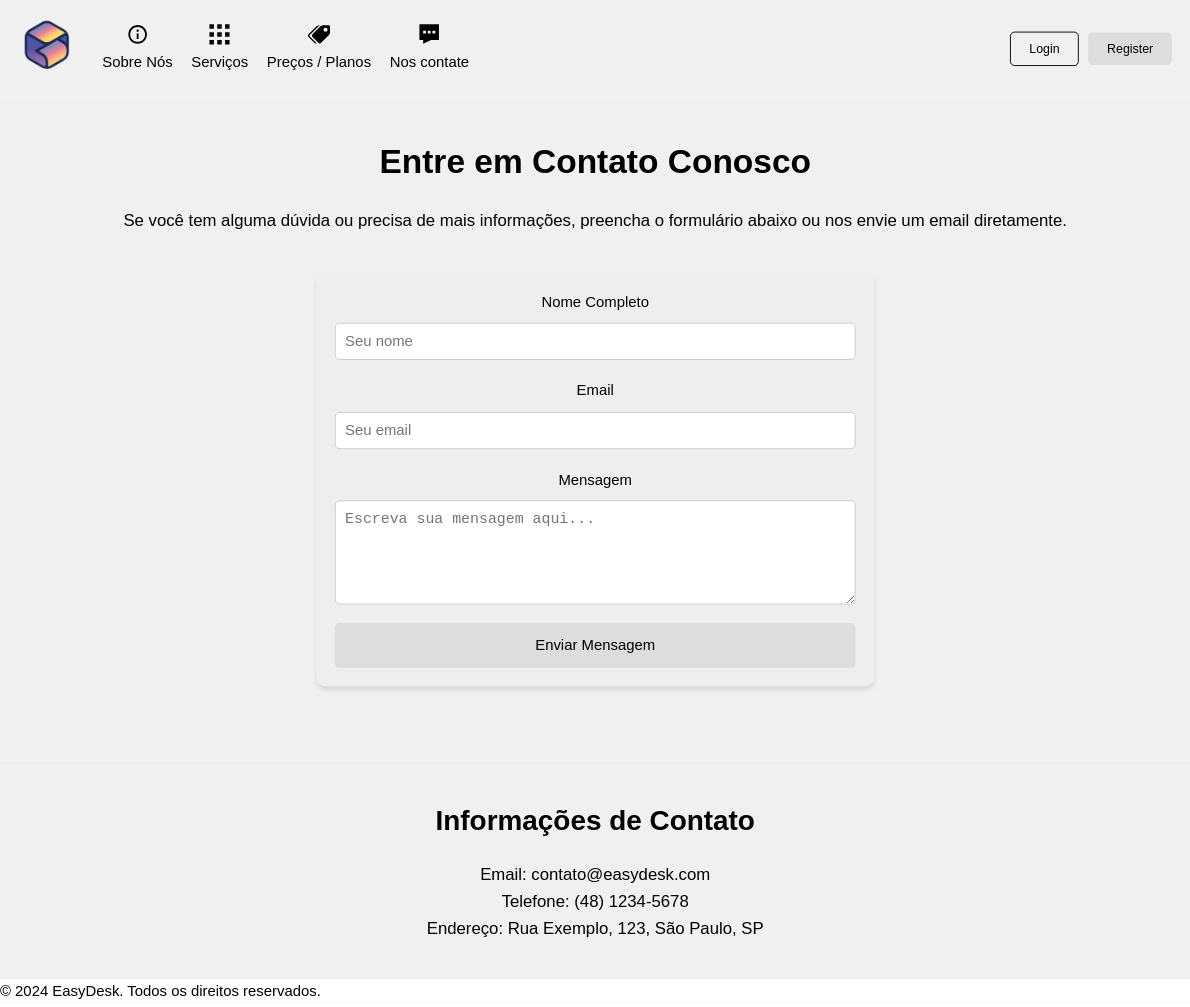
Repository: Gabrielb0rn/0EasyDesk.io
Page: 0Easydesk1/contactus.html
An editor plug-in stored every save of this project. The page is shown before and after the next save, followed by the edit.
The browser window is 1280 px wide. The pictures show the whole page, at 93% of full size.

Above is the page before, as saved 2024-09-16 10:02:19.

After the next save:
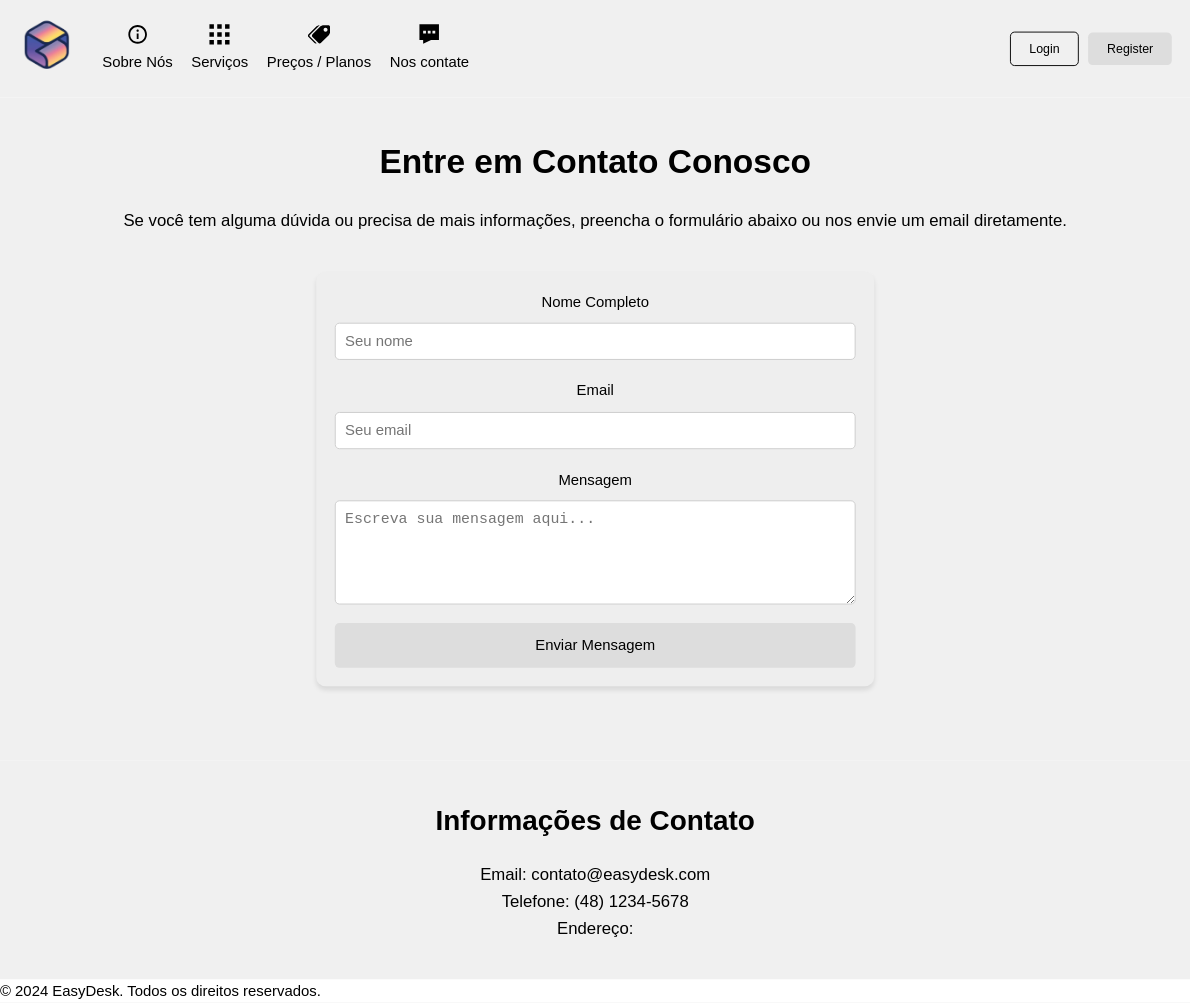
Saved 2 s later.
--- a/0Easydesk1/contactus.html
+++ b/0Easydesk1/contactus.html
@@ -65,7 +65,7 @@
             <h2>Informações de Contato</h2>
             <p>Email: contato@easydesk.com</p>
             <p>Telefone: (48) 1234-5678</p>
-            <p>Endereço: Rua Exemplo, 123, São Paulo, SP</p>
+            <p>Endereço: </p>
         </section>
     </main>
 
